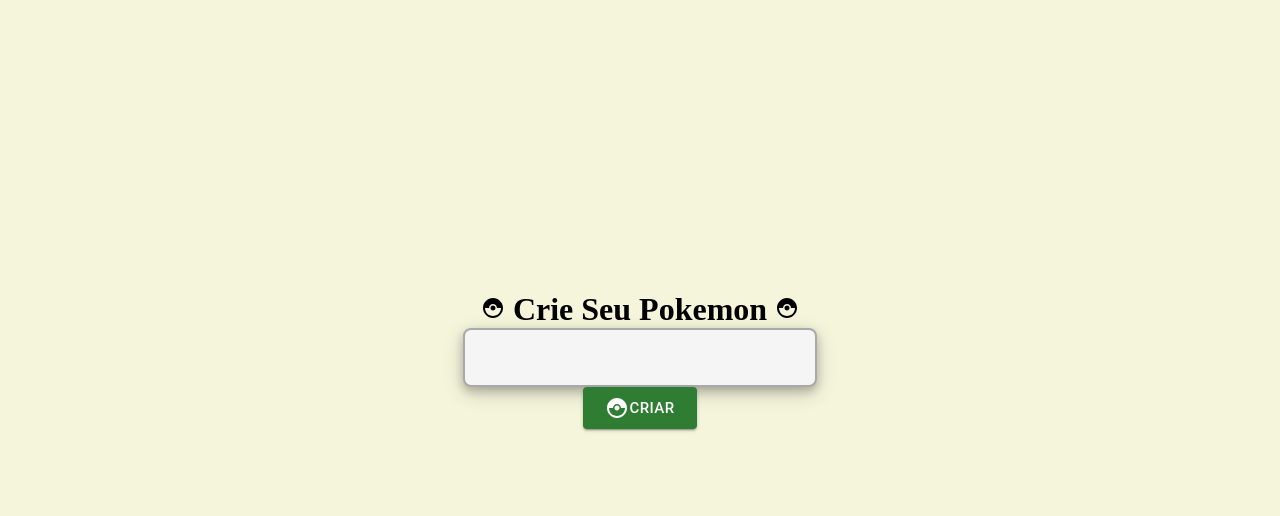
Repository: MilenaMartini/pokedex_react_js
Page: /pokedex/new
These files come from the project's save history. The page is drawn as it stood at one moment and after the next save; the edit follows.
The browser window is 1280 px wide. The pictures show the whole page.
The page's requests for data from a server got no answer. The project was rebuilt for these pictures with package versions that can differ from the ones it lists, and the page was loaded fresh each time. No one was signed in, and anything a server would have sent is missing. Also part of the build but not shown: src/pages/Login/Styles_Login.js, src/Components/Navbar/Navbar.jsx, src/Components/PokemonCard/Pk_Card.jsx, src/Components/Skeletons/Skeletons.jsx, src/pages/Pg_Pokedex/Pg_Poke.js, src/styles/styles.css, src/Components/Button/Styles_Btn_Login.js, src/Components/Button/Btn_Login.js and 1 more.

Above is the page before, as saved 2023-02-04 11:26:32.

After the next save:
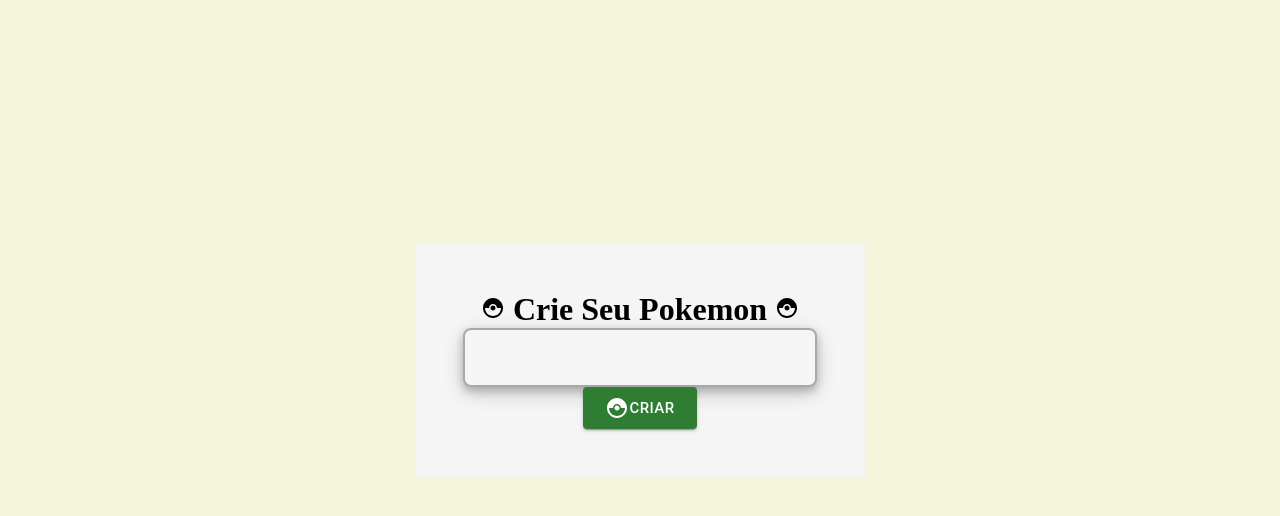
Saved 11 s later.
--- a/src/pages/edit_pk/Novo_PkStyles.js
+++ b/src/pages/edit_pk/Novo_PkStyles.js
@@ -16,7 +16,7 @@
   flex-direction: column;
   align-items: center;
   justify-content: center;
-  background-color: white-space;
+  background-color: whitesmoke;
   border-radius: 5px;
   width: 100%;
   max-width: 450px;
